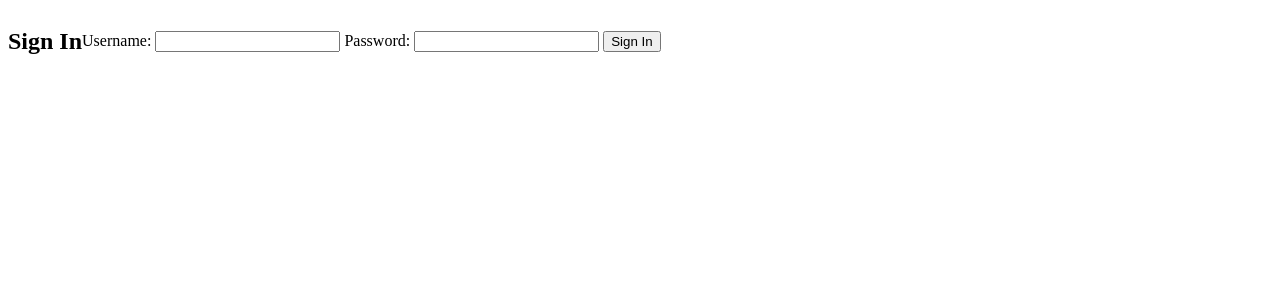
Repository: Ibrahim-Abohola/BookStore
Page: signin.html
These files come from the project's save history. The page is drawn as it stood at one moment and after the next save; the edit follows.
The browser window is 1280 px wide. The pictures show the whole page.

Above is the page before, as saved 2025-07-15 20:27:26.

After the next save:
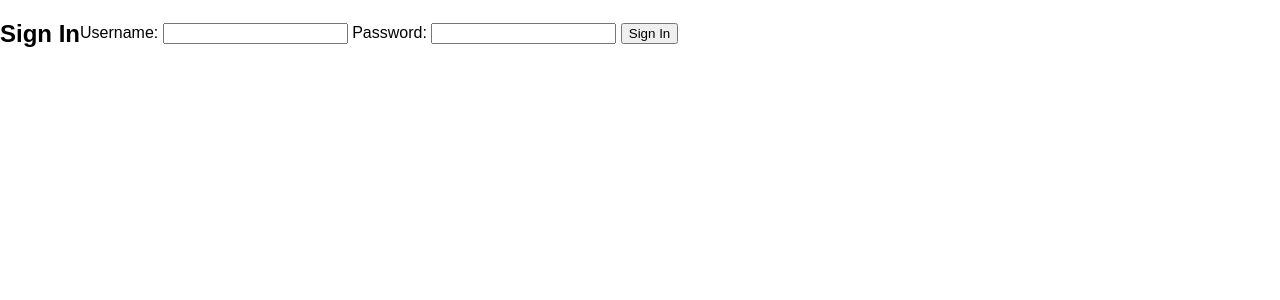
Saved 45 s later.
--- a/styles.css
+++ b/styles.css
@@ -10,3 +10,42 @@
     padding: 20px;
     width: 200px;
 }
+body {
+  font-family: sans-serif;
+  margin: 0;
+  padding: 0;
+}
+nav ul {
+  display: flex;
+  list-style: none;
+  background: #333;
+  padding: 10px;
+}
+nav ul li a {
+  color: white;
+  margin: 0 10px;
+  text-decoration: none;
+}
+.hero {
+  background: url('images/banner.jpg') center/cover;
+  color: white;
+  padding: 40px;
+  text-align: center;
+}
+.catalog {
+  display: flex;
+  flex-wrap: wrap;
+  gap: 20px;
+  padding: 20px;
+}
+.book {
+  border: 1px solid #ccc;
+  padding: 10px;
+  width: calc(33.333% - 40px);
+}
+footer {
+  margin-top: 40px;
+  padding: 10px;
+  background: #f1f1f1;
+  text-align: center;
+}
